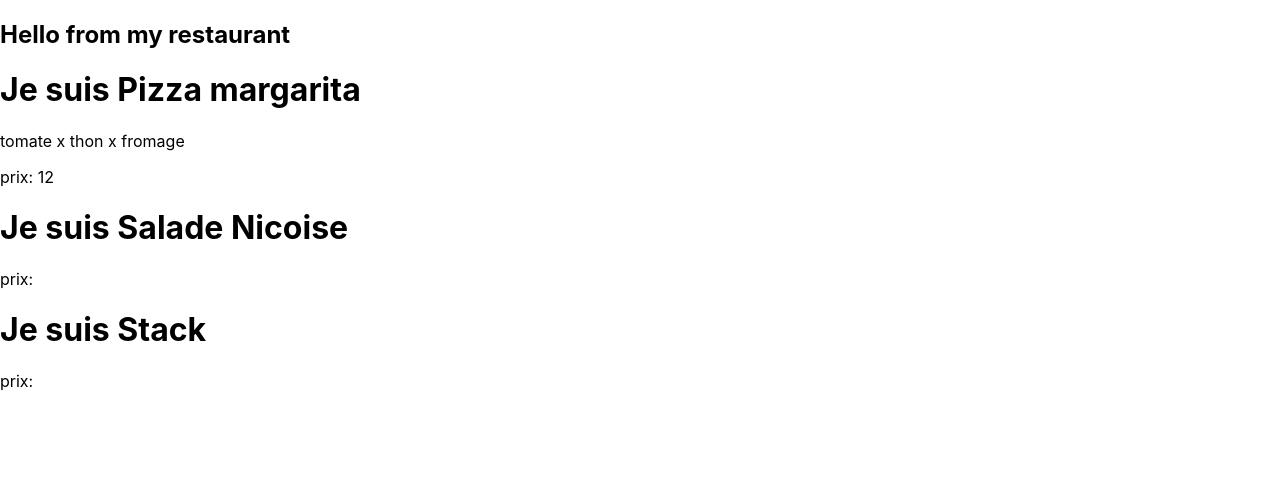
Repository: FS-23/my-restaurant
Page: /
The author's editor kept a copy of each file at every save. The page is drawn from the files as they stood at one save, then again after the next save.
The browser window is 1280 px wide. The pictures show the whole page.
The project was rebuilt for these pictures with package versions that can differ from the ones it lists, and the page was loaded fresh each time.

Above is the page before, as saved 2022-04-29 12:40:23.

### src/App.js
import Plat from './components/Plat'
function App() {
  return (
    <div className="App">
        <h2>Hello from my restaurant</h2>
        <Plat name="Pizza margarita" price="12" ingredient="tomate x thon x fromage"/>
        <Plat name="Salade Nicoise"/>
        <Plat name="Stack"/>
    </div>
  );
}

export default App;

### src/components/Plat.js
function Plat (props){
    return(
       <>
           <h1>Je suis {props.name} </h1>
           <p>{props.ingredient}</p>
           <div>
               prix: {props.price}
           </div>
       </>
    )
}


export default Plat

Loaded but not shown: public/index.html (common file); src/index.js (common file); src/index.css (common file)

After the next save:
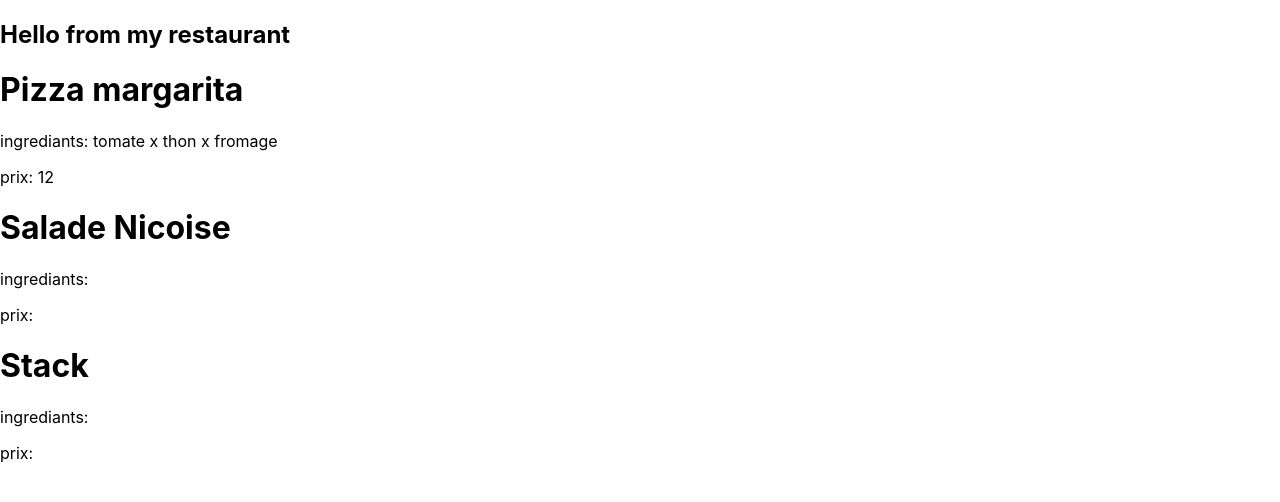
Saved 20 s later.
--- a/src/components/Plat.js
+++ b/src/components/Plat.js
@@ -1,8 +1,8 @@
 function Plat (props){
     return(
        <>
-           <h1>Je suis {props.name} </h1>
-           <p>{props.ingredient}</p>
+           <h1>{props.name} </h1>
+           <p> ingrediants: {props.ingredient}</p>
            <div>
                prix: {props.price}
            </div>
